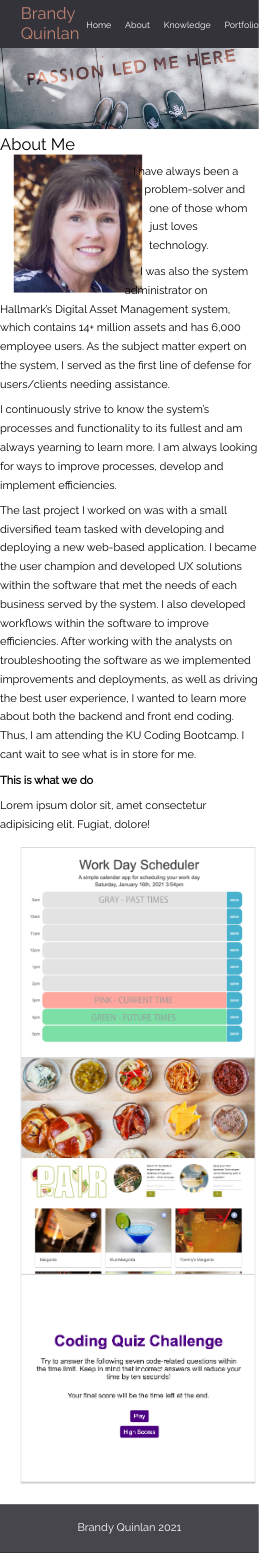
Repository: brandyquinlan/brandyquinlan
Page: index.html
The author's editor kept a copy of each file at every save. The page is drawn from the files as they stood at one save, then again after the next save.
The browser window is 375 px wide. The pictures show the whole page, at 69% of full size.
Some web libraries are served in a nearby version.

Above is the page before, as saved 2021-02-05 21:16:40.

After the next save:
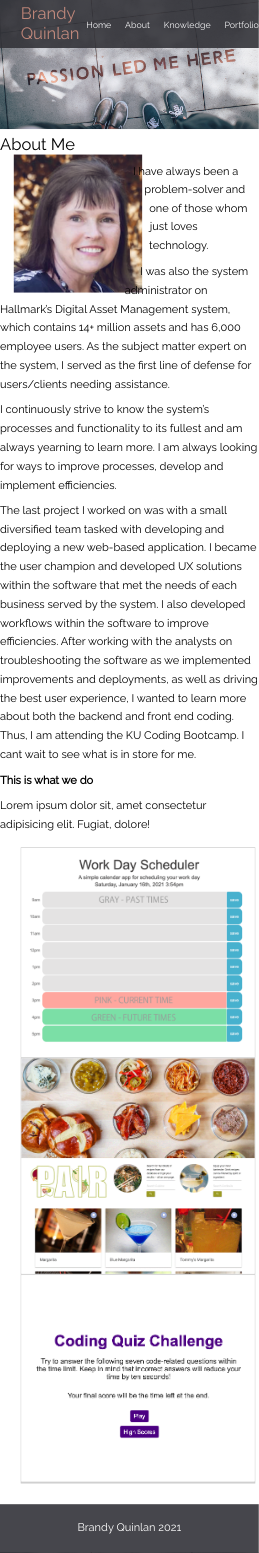
Saved 6 s later.
--- a/css/style.css
+++ b/css/style.css
@@ -281,7 +281,7 @@
 
         @media(max-width:500px) {
             #navbar {
-                opacity: 1.0;
+                opacity: .9;
             }
             .projects h1,
             #knowledge h1 {
